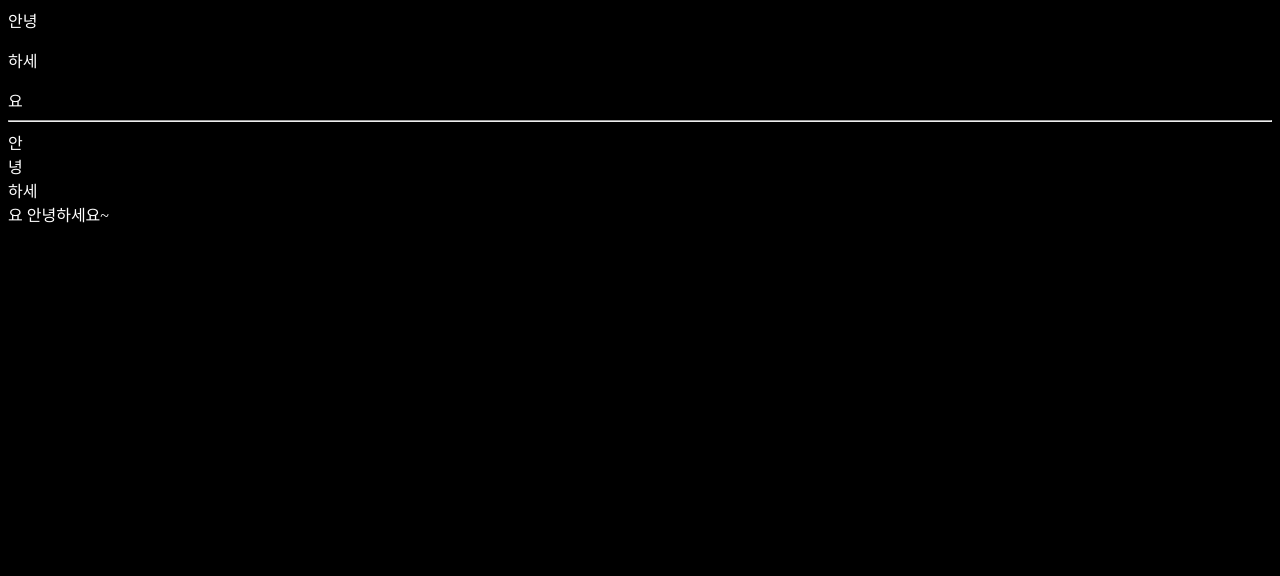
Repository: sjh86/html-day01
Page: html/day01.html
These files come from the project's save history. The page is drawn as it stood at one moment and after the next save; the edit follows.
The browser window is 1280 px wide. The pictures show the whole page.

Above is the page before, as saved 2021-10-04 04:55:39.

### html/day01.html
<!DOCTYPE html>
<html>
<head>
<meta charset="EUC-KR">
<title>Insert title here</title>
</head>
<body text="white" bgcolor="black">

안녕
<p>하세</p>
요
<hr>
안<br>녕<br>
하세<br>
요
<!--

주석
 -->
	안녕하세요~
</body>
</html>

After the next save:
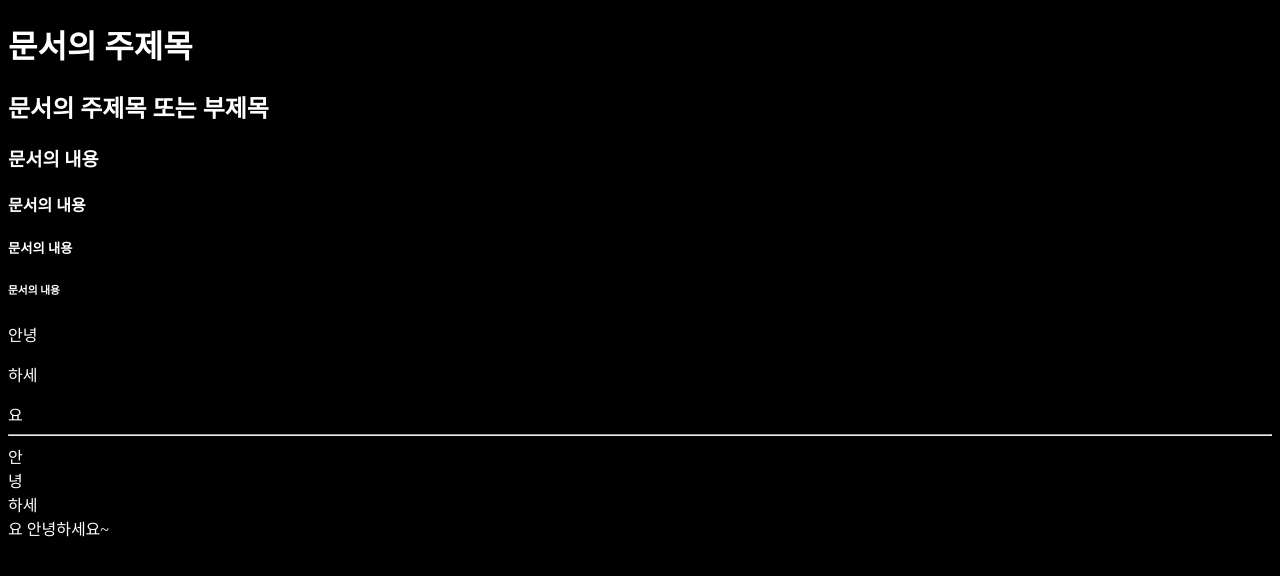
Saved 5 min 8 s later.
--- a/html/day01.html
+++ b/html/day01.html
@@ -6,6 +6,12 @@
 </head>
 <body text="white" bgcolor="black">
 
+<h1>문서의 주제목</h1>
+<h2>문서의 주제목 또는 부제목</h2>
+<h3>문서의 내용</h3>
+<h4>문서의 내용</h4>
+<h5>문서의 내용</h5>
+<h6>문서의 내용</h6>
 안녕
 <p>하세</p>
 요
